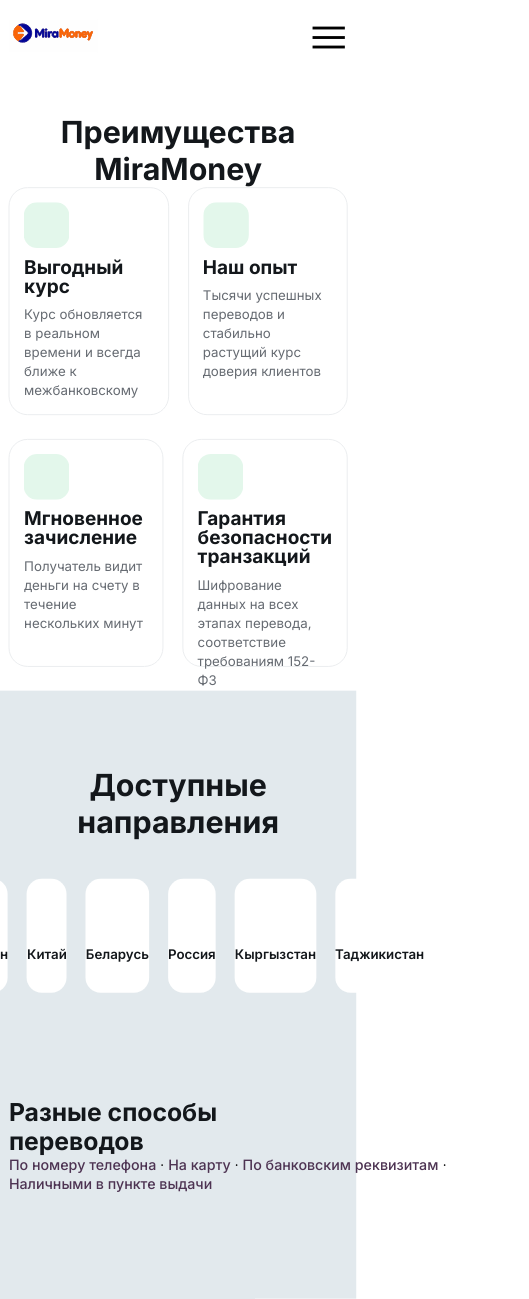
Repository: Shaiyr1/mira-money
Page: index.html
The author's editor kept a copy of each file at every save. The page is drawn from the files as they stood at one save, then again after the next save.
The browser window is 375 px wide. The page is 557 px wide, so the pictures cover 557 px, including what lies to the right of the window. The pictures show the whole page, at 95% of full size.

Above is the page before, as saved 2026-10-23 17:42:58.

After the next save:
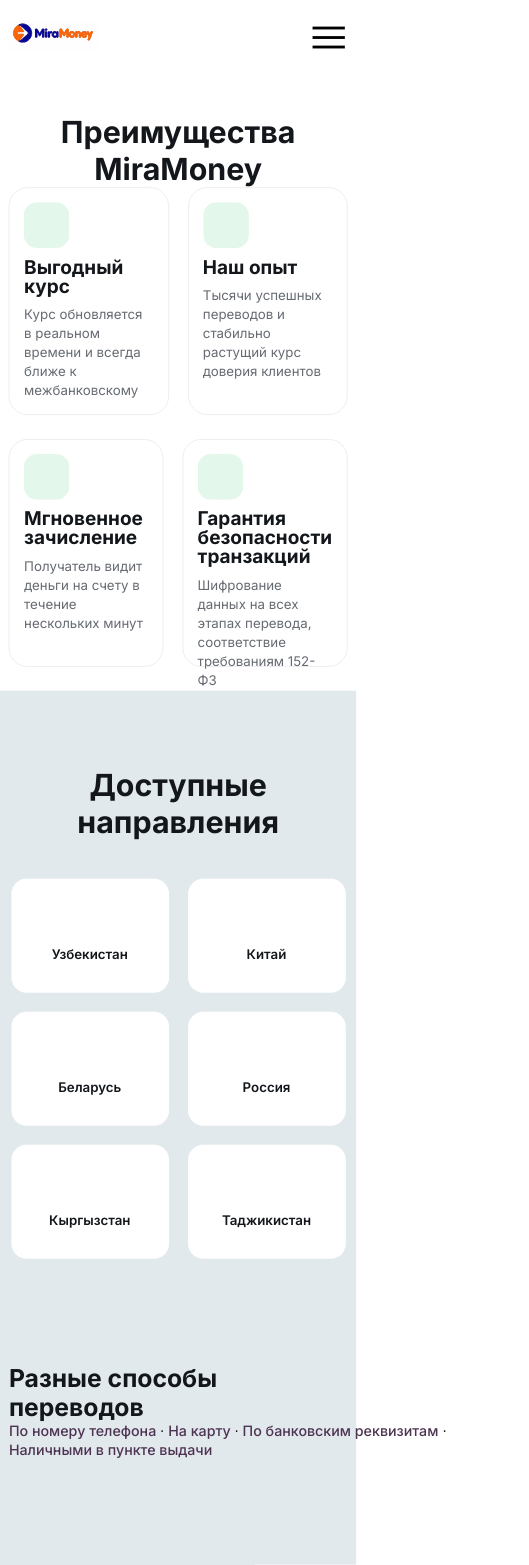
Saved 46 s later.
--- a/src/css/style.css
+++ b/src/css/style.css
@@ -310,4 +310,7 @@
         padding: 15px;
         height: 240px;
     }
-}
+    .description-items {
+        flex-wrap: wrap;
+    }
+}
